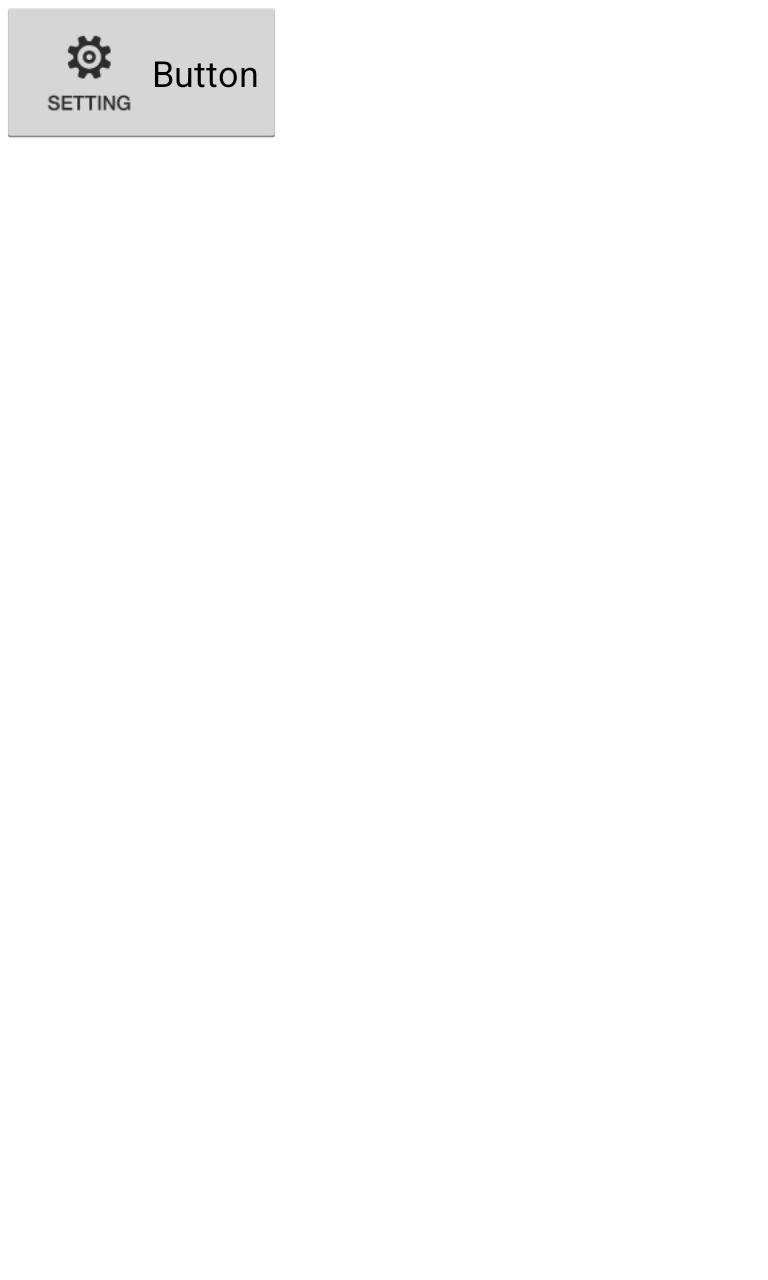
Repository: yjaeseok/gnssm_android_codelab
Layout: source/Day2-View/res/layout/day2view.xml
These files come from the project's save history. The layout is drawn as it stood at one moment and after the next save; the edit follows.
It is drawn on a 768 x 1280 px phone screen (xhdpi) without system bars, with theme AppTheme; the app's code is not run.

Above is the layout before, as saved 2014-04-02 11:22:19.

### source/Day2-View/res/layout/day2view.xml
<?xml version="1.0" encoding="utf-8"?>
<LinearLayout xmlns:android="http://schemas.android.com/apk/res/android"
    android:layout_width="match_parent"
    android:layout_height="match_parent"
    android:orientation="vertical" >

	<Button
	    android:layout_width="wrap_content"
	    android:layout_height="wrap_content"
	    android:text="Button"
	    android:drawableLeft="@drawable/btn_setting"
	    />
</LinearLayout>

Loaded but not shown: source/Day2-View/res/values/styles.xml (common file); source/Day2-View/res/values-v11/styles.xml (common file); source/Day2-View/res/values-v14/styles.xml (common file)

After the next save:
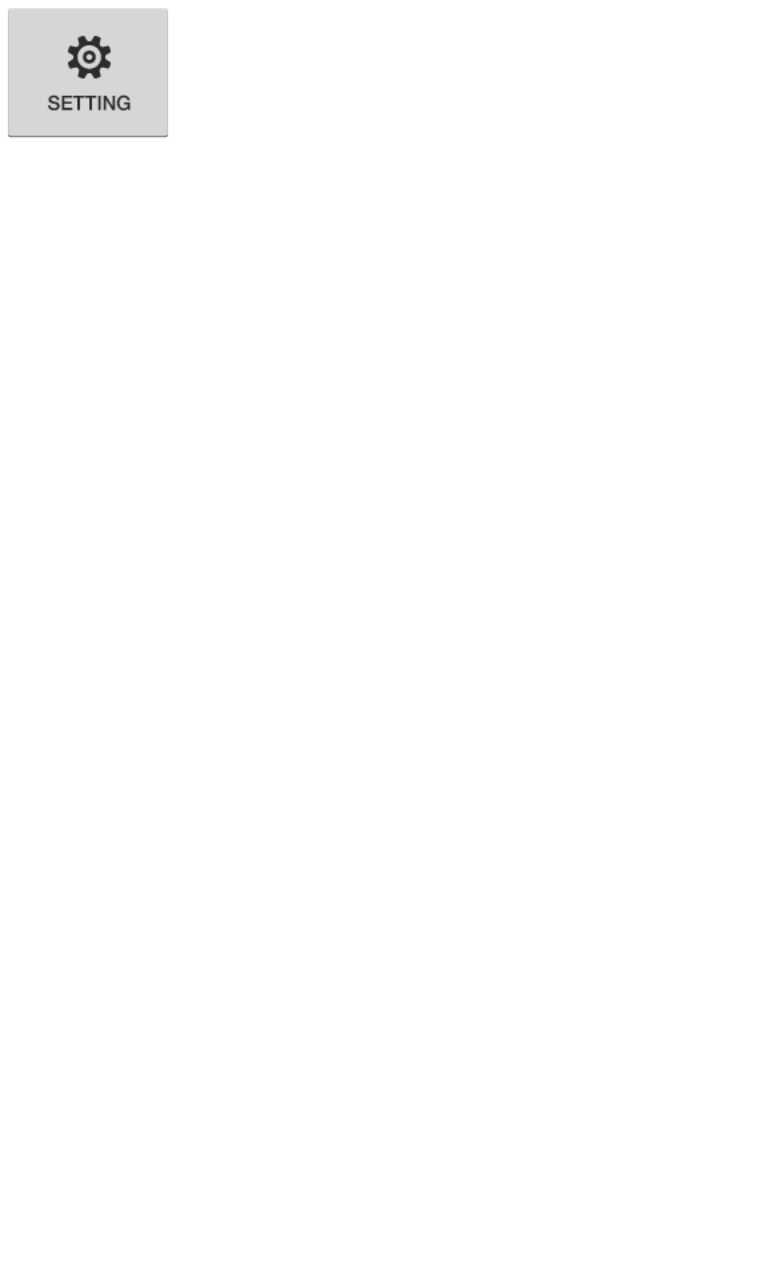
Saved 52 s later.
--- a/source/Day2-View/res/layout/day2view.xml
+++ b/source/Day2-View/res/layout/day2view.xml
@@ -4,10 +4,9 @@
     android:layout_height="match_parent"
     android:orientation="vertical" >
 
-	<Button
+	<ImageButton
 	    android:layout_width="wrap_content"
 	    android:layout_height="wrap_content"
-	    android:text="Button"
-	    android:drawableLeft="@drawable/btn_setting"
-	    />
+	    android:src="@drawable/btn_setting"
+	    />>
 </LinearLayout>
